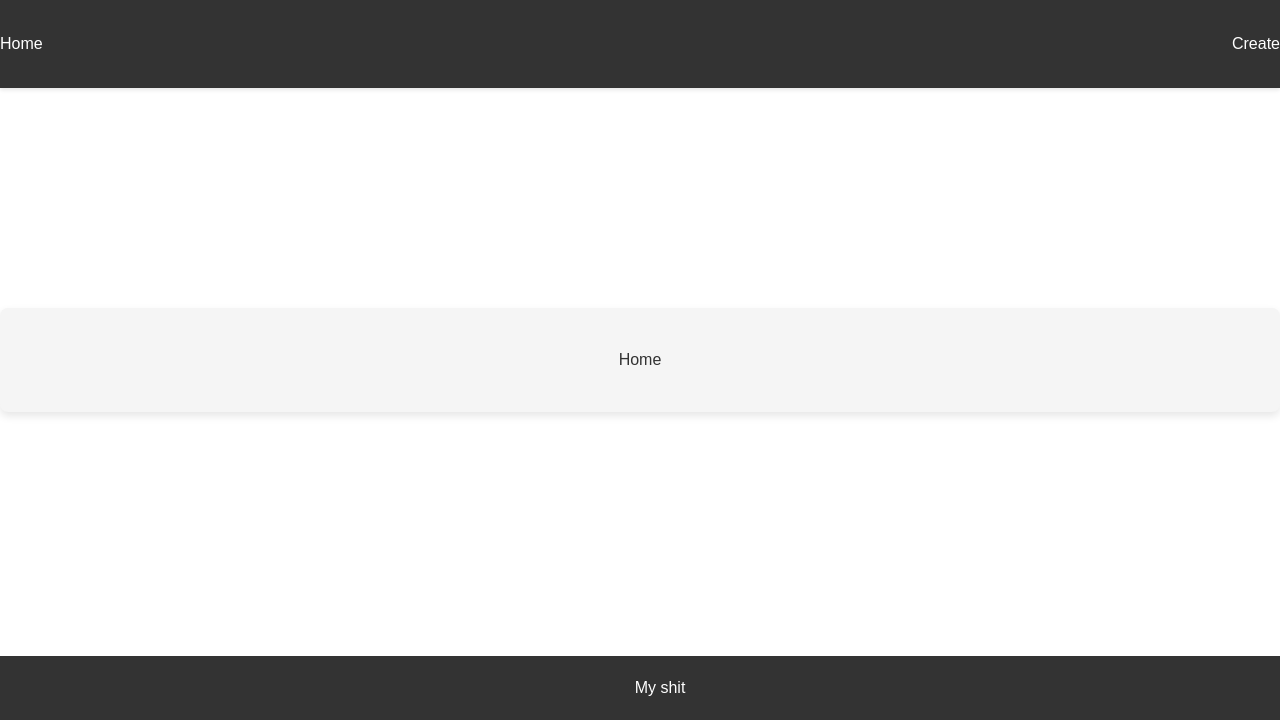
Repository: CarlosFranchN/myReact-supabase
Page: /
These files come from the project's save history. The page is drawn as it stood at one moment and after the next save; the edit follows.
The browser window is 1280 px wide. The pictures show the whole page.
The project was rebuilt for these pictures with package versions that can differ from the ones it lists, and the page was loaded fresh each time. Also part of the build but not shown: vite.config.js, src/pages/Create/index.jsx.

Above is the page before, as saved 2024-11-14 14:29:58.

### src/App.jsx

import { BrowserRouter, Route, Routes } from 'react-router-dom'
import './App.css'
import { Home } from './pages/Home/Home'
import { Layout } from './components/Layout'
import { Create } from './pages/Create'

function App() {


  return (
    <>
      <BrowserRouter>
        <Routes>
          <Route path='/' element={<Layout/>} >
            <Route index element={<Home/>} />
            <Route path='/create' element={<Create/>} />

          </Route>
        </Routes>
      </BrowserRouter>
    </>
  )
}

export default App

### src/App.css
body {
  display: flex;
  align-items: center;
  height: 100vh;
  margin: 0;
}
section {
  display: grid;
  grid-template-columns: repeat(3, 1fr);
  gap: 10px;
}
section div {
  background-color: #17176b;
  padding: 20px;
  border-radius: 15px;
  margin: 15px;
  color: rgb(255, 255, 255);
}
a {
  text-decoration: none;
  color: rgb(255, 255, 255);
}
#root{
  width: 100vw;
}

### src/pages/Home/Home.jsx
import React from 'react'
import supabase from '../../config/supaBaseClient'


export const Home = () => {
    console.log(supabase)
    return (
    <div>Home</div>
  )
}

### src/components/Layout/index.jsx
import React from 'react'
import { LayoutCabecalho, LayoutFooter, LayoutFooterP, LayoutMain } from './style'
import {Link, Outlet } from 'react-router-dom'
import styled from 'styled-components'

export const Layout = () => {
  return (
    <>
        <nav>
            <LayoutCabecalho>
            <li>
                <Link to={"/"}>Home</Link>
                </li>
                <li>
                <Link to={"/create"}>Create</Link>
                </li>


            </LayoutCabecalho>
        </nav>
        <LayoutMain>
            <Outlet/>
        </LayoutMain>
        <LayoutFooter>
            <LayoutFooterP>My shit</LayoutFooterP>
        </LayoutFooter>
    </>
  )
}

### src/config/supaBaseClient.jsx

import { createClient } from '@supabase/supabase-js'

const supabaseUrl = 'https://ytabyfdnpzqccxsfantj.supabase.co'
const supabaseKey = 'eyJhbGciOiJIUzI1NiIsInR5cCI6IkpXVCJ9.eyJpc3MiOiJzdXBhYmFzZSIsInJlZiI6Inl0YWJ5ZmRucHpxY2N4c2ZhbnRqIiwicm9sZSI6ImFub24iLCJpYXQiOjE3MzE0NjY3MzQsImV4cCI6MjA0NzA0MjczNH0.feVRQBaTaEatsVG9XK4t162-65IogKVRz1hbNMabCec'
const supabase = createClient(supabaseUrl, supabaseKey)

export default supabase

### src/components/Layout/style.jsx
import styled from "styled-components";

export const LayoutCabecalho = styled.header`
  display: flex;
  justify-content: space-between;
  align-items: center;
  width: 100vw;
  background-color: #333;
  color: #fff;
  padding: 2rem 0 ;
  text-align: center;
  font-family: Arial, sans-serif;
  box-shadow: 0 2px 4px rgba(0, 0, 0, 0.1);
  position: absolute;
  top: 0;
  list-style: none;

`;

export const LayoutFooter = styled.footer`
     background-color: #333; /* Cor de fundo */
    color: #fff; /* Cor do texto */
    text-align: center; /* Centraliza o texto */
    padding: 20px; /* Espaçamento interno */
    position: fixed; /* Fixa o footer na parte inferior da tela */
    width: 100%; /* Ocupa 100% da largura */
    bottom: 0; /* Fica grudado no final da página */
    font-size: 16px; /* Tamanho da fonte */
    font-family: Arial, sans-serif; /* Fonte */
`
export const LayoutFooterP = styled.p`
     margin: 0;

`

export const LayoutMain = styled.main`
background-color: #f5f5f5;
padding: 40px;
margin: 20px auto;
max-width: 1200px;
border-radius: 8px;
box-shadow: 0 4px 8px rgba(0, 0, 0, 0.1);
font-family: Arial, sans-serif;
color: #333;
text-align: center;


`

Loaded but not shown: index.html (common file); src/main.jsx (common file); src/index.css (common file)

After the next save:
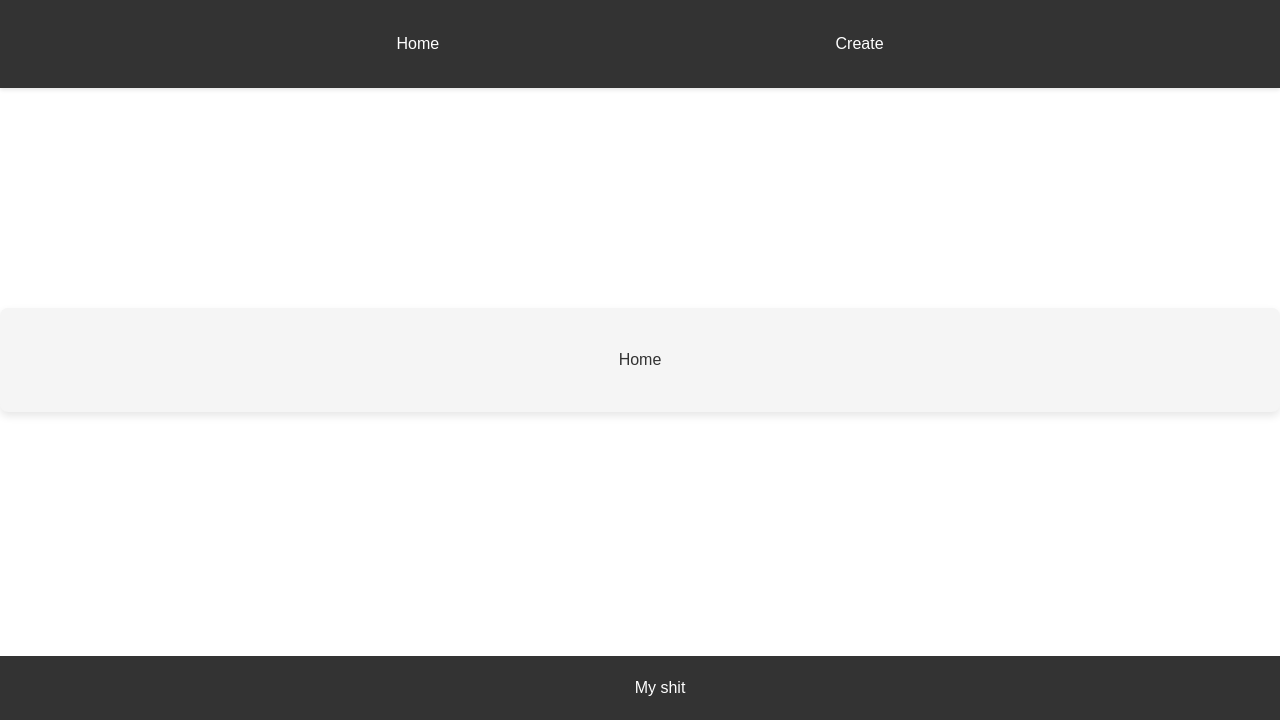
Saved 38 s later.
--- a/src/components/Layout/style.jsx
+++ b/src/components/Layout/style.jsx
@@ -2,7 +2,7 @@ import styled from "styled-components";
 
 export const LayoutCabecalho = styled.header`
   display: flex;
-  justify-content: space-between;
+  justify-content: space-evenly;
   align-items: center;
   width: 100vw;
   background-color: #333;
